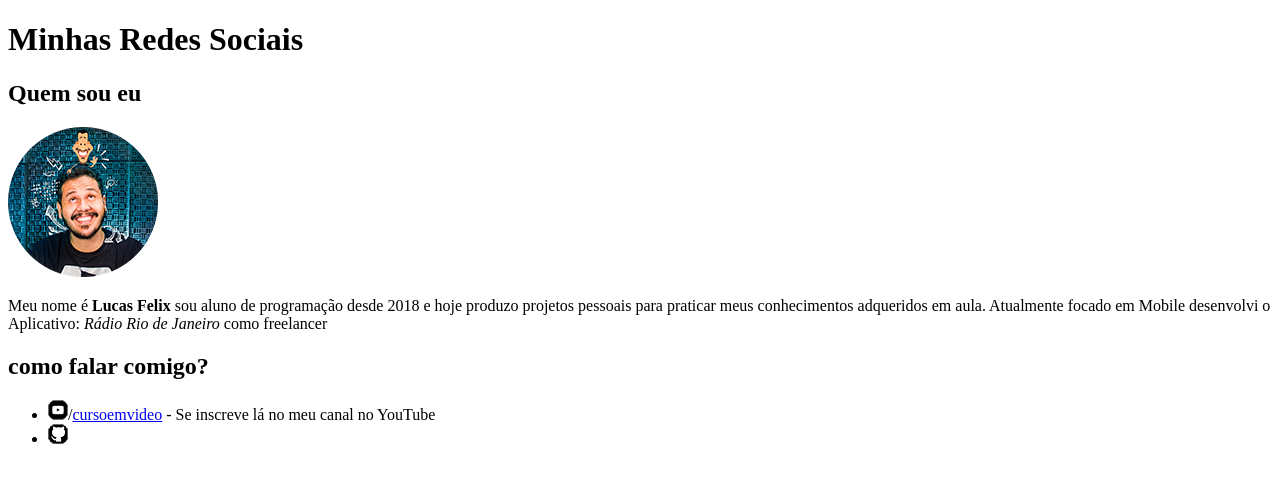
Repository: pheonix5/Estudo
Page: html-css/desafio/d005/index.html
The author's editor kept a copy of each file at every save. The page is drawn from the files as they stood at one save, then again after the next save.
The browser window is 1280 px wide. The pictures show the whole page.

Above is the page before, as saved 2023-08-02 20:08:00.

After the next save:
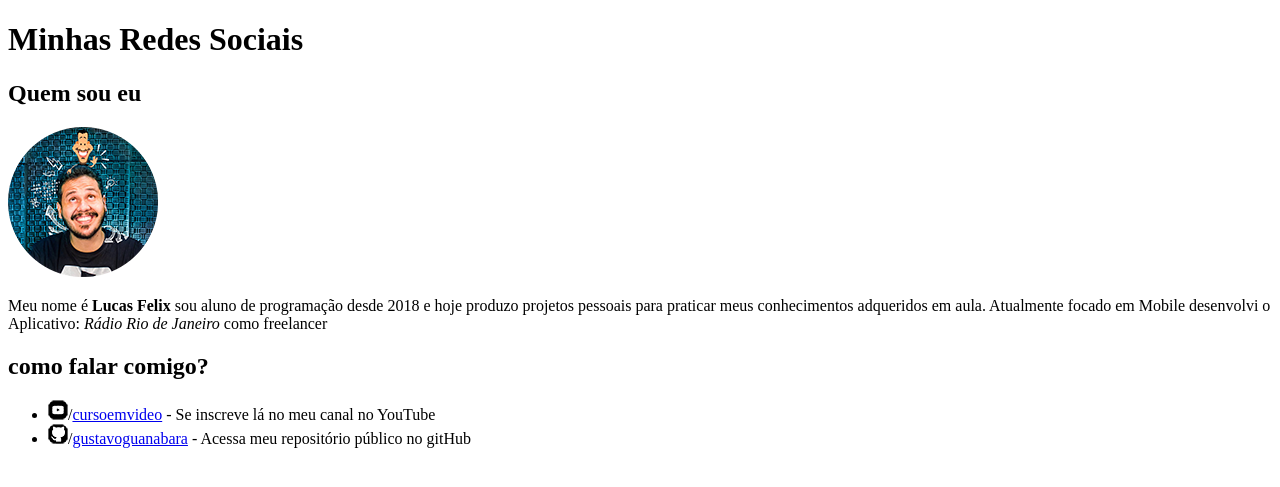
Saved 2 min 11 s later.
--- a/html-css/desafio/d005/index.html
+++ b/html-css/desafio/d005/index.html
@@ -15,7 +15,7 @@
   <ul>
     <li><img src="imagens/icone-youtube.png" alt="icon-youtube">/<a href="#">cursoemvideo</a> - Se inscreve lá no meu canal no YouTube</li>
 
-    <li><img src="imagens/icone-github.png" alt="icon-github"></li>
+    <li><img src="imagens/icone-github.png" alt="icon-github">/<a href="#">gustavoguanabara</a> - Acessa meu repositório público no gitHub</li>
   </ul>
   </body>
 </html>
